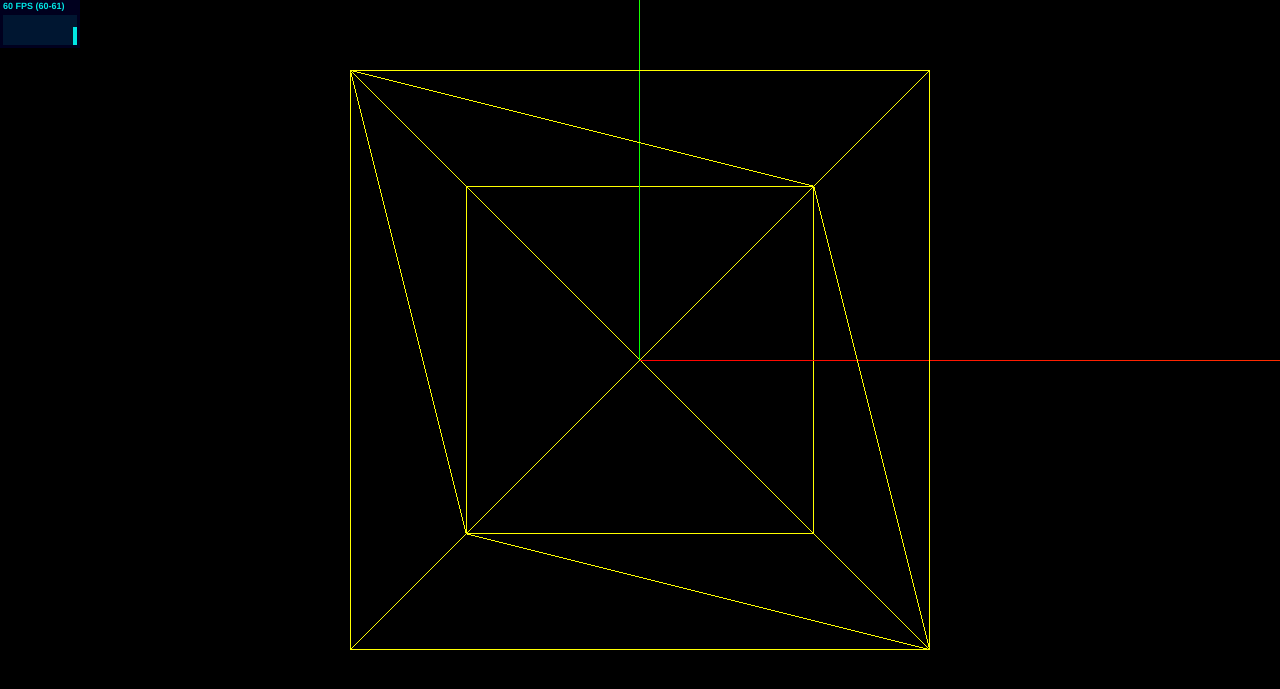
Repository: EugeneZhenya/ElKalia2D
Page: dist/client/index.html
The author's editor kept a copy of each file at every save. The page is drawn from the files as they stood at one save, then again after the next save.
The browser window is 1280 px wide. The pictures show the whole page.

Above is the page before, as saved 2021-08-31 15:40:58.

After the next save:
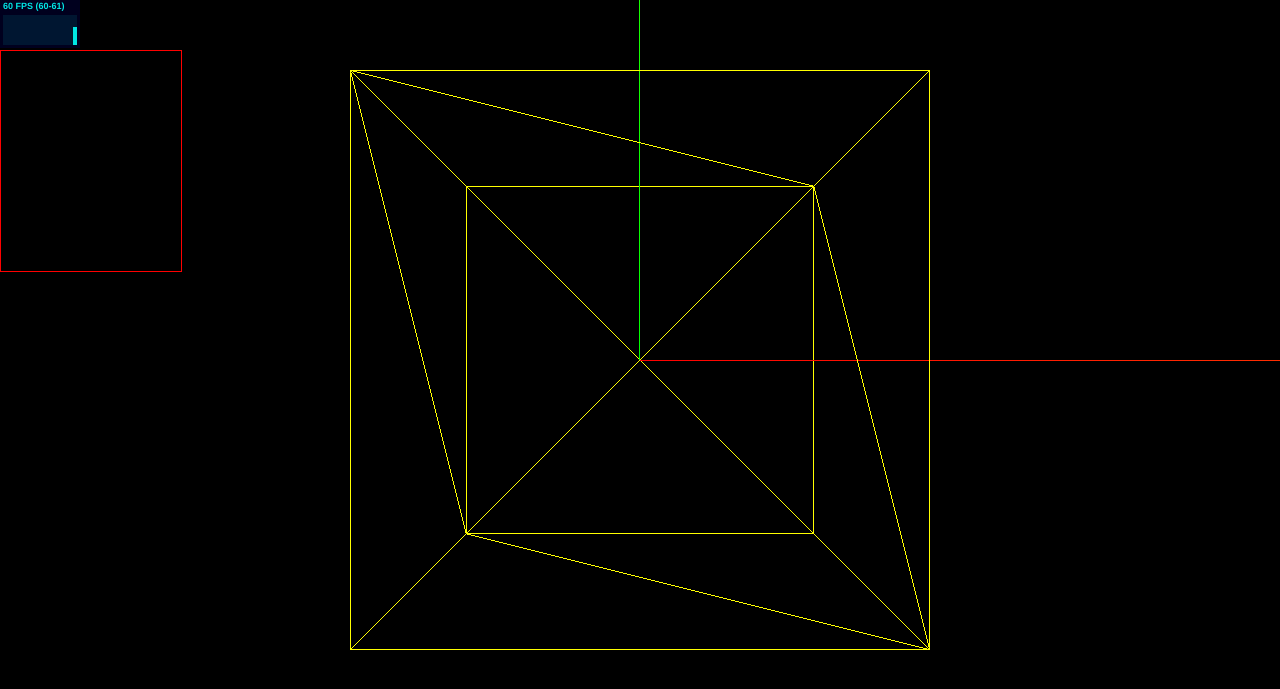
Saved 7 s later.
--- a/dist/client/index.html
+++ b/dist/client/index.html
@@ -25,6 +25,7 @@
     </style>
 </head>
 <body>
+    <div id="debug1"></div>
     <script type="module" src="bundle.js"></script>
 </body>
 </html>

After the save that followed:
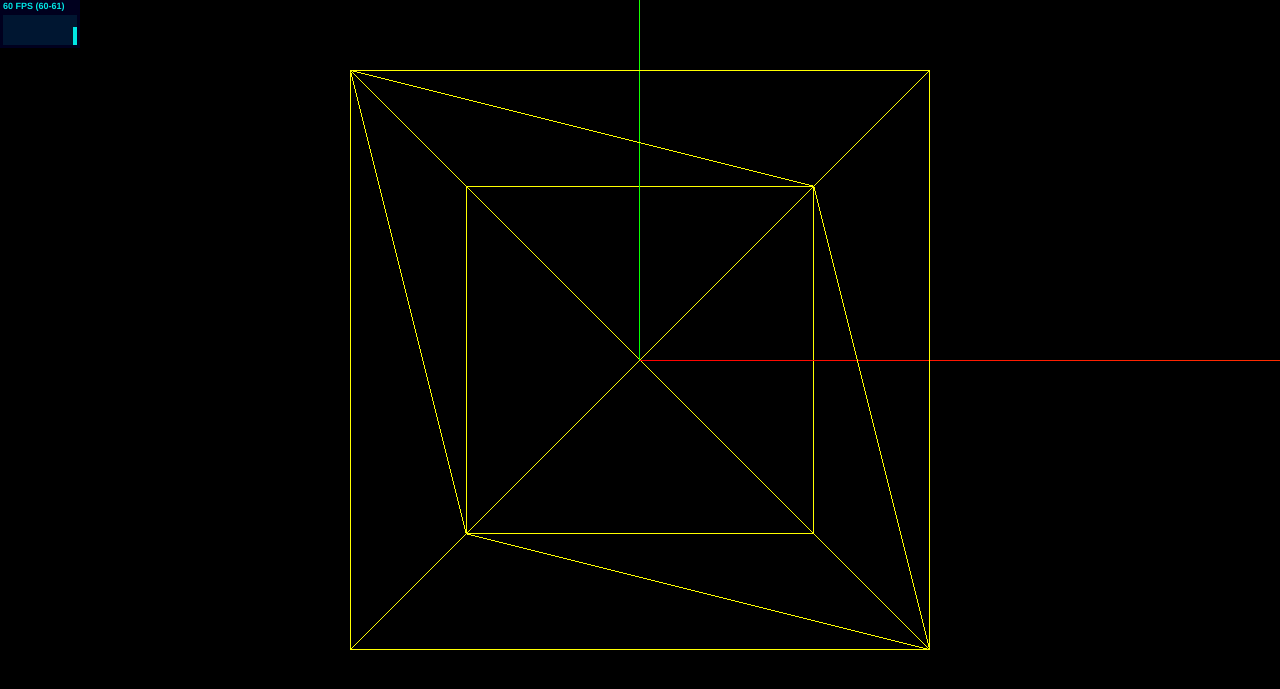
Saved 12 min 52 s later.
--- a/dist/client/index.html
+++ b/dist/client/index.html
@@ -10,18 +10,6 @@
             overflow: hidden;
             margin: 0px;
         }
-        #debug1 {
-            font-family: monospace;
-            font-size: larger;
-            position: absolute;
-            left: 0px;
-            top: 50px;
-            border: 1px solid red;
-            width: 180px;
-            height: 220px;
-            color: white;
-            pointer-events: none;
-        }
     </style>
 </head>
 <body>
